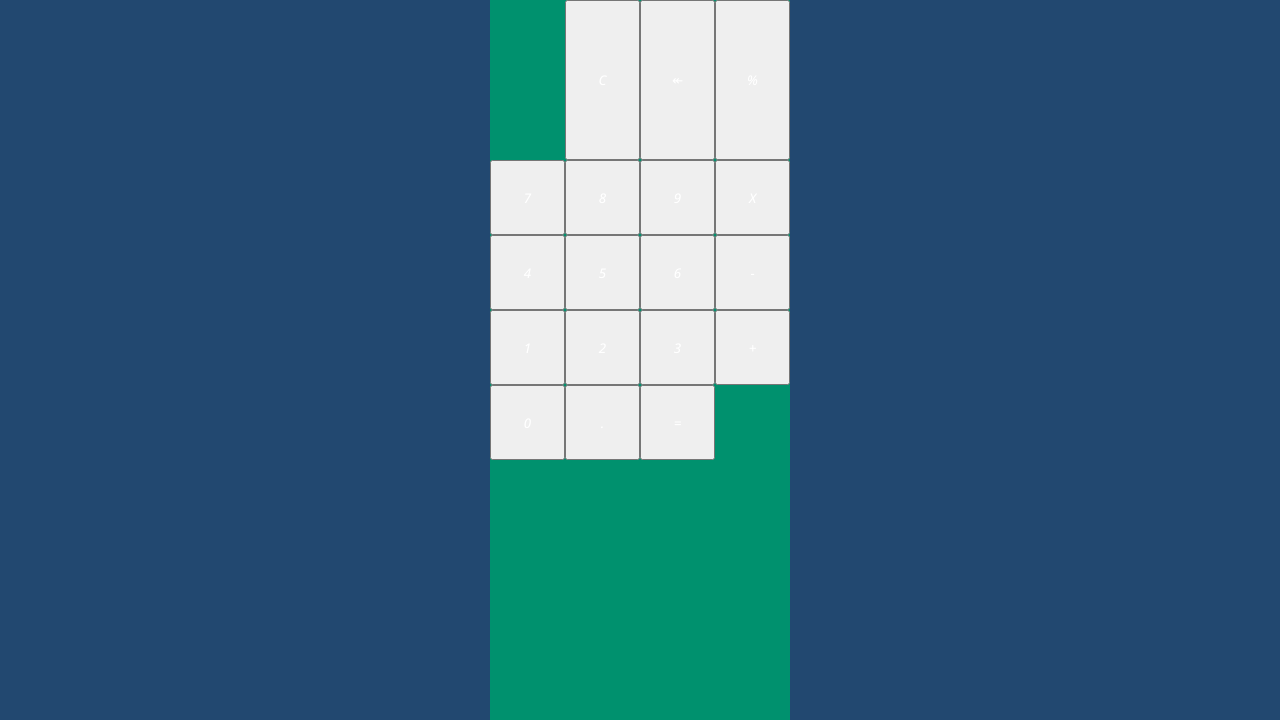
Repository: jhonenmanuel1/javaScript-calculator
Page: src/index.html
An editor plug-in stored every save of this project. The page is shown before and after the next save, followed by the edit.
The browser window is 1280 px wide. The pictures show the whole page.

Above is the page before, as saved 2022-08-02 23:10:29.

### src/index.html
<!DOCTYPE html>
<html lang="en">
  <head>
    <meta charset="UTF-8" />
    <meta http-equiv="X-UA-Compatible" content="IE=edge" />
    <meta name="viewport" content="width=device-width, initial-scale=1.0" />
    <title>JavaScript Calculator</title>
    <link href="https://fonts.googleapis.com/css2?family=Open+Sans:ital,wght@1,500&display=swap" rel="stylesheet">
    <link href="styles.css" rel="stylesheet"/>
  </head>
  <body>
    <div class="container">
      <div class="calculator">
        <div class="display">
          <div id="last-value"></div>
          <div id="actual-value"></div>
        </div>
        <button class="col-2"> C</button>
        <button>&Larr;</button>
        <button class="number">%</button>
        <button class="number">7</button>
        <button class="number">8</button>
        <button class="number">9</button>
        <button class="operator" >X</button>
        <button class="number">4</button>
        <button class="number">5</button>
        <button class="number">6</button>
        <button class="operator">-</button>
        <button class="number">1</button>
        <button class="number">2</button>
        <button class="number">3</button>
        <button class="operator">+</button>
        <button class=" col-2 number">0</button>
        <button class="number">.</button>
        <button class="operator">=</button>
      </div>
    </div>
  </body>
</html>

### src/styles.css
* {
    font-family: 'Open Sans', sans-serif;
    color: #fff;
}
body{
    margin: 0;
    background-color: #224870;
}
.container{
    display: flex;
    justify-content: center;
    height: 100vh;

}
.calculator{
    display: grid;
    grid-template-columns: repeat(4, 75px);
    grid-template-rows: 160px repeat(5, 75px);
    background-color: #00916e};

}

After the next save:
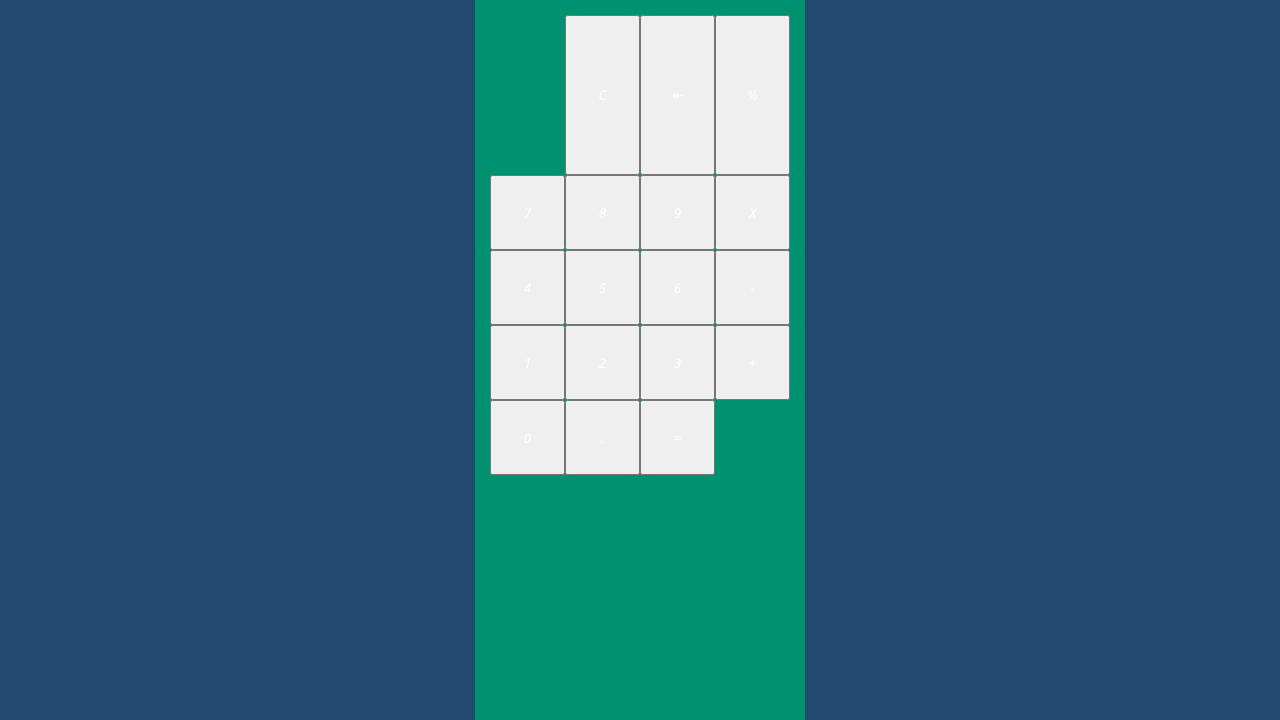
Saved 87 s later.
--- a/src/styles.css
+++ b/src/styles.css
@@ -16,6 +16,7 @@ body{
     display: grid;
     grid-template-columns: repeat(4, 75px);
     grid-template-rows: 160px repeat(5, 75px);
-    background-color: #00916e};
+    background-color: #00916e;
+    padding: 15px;
 
 }
